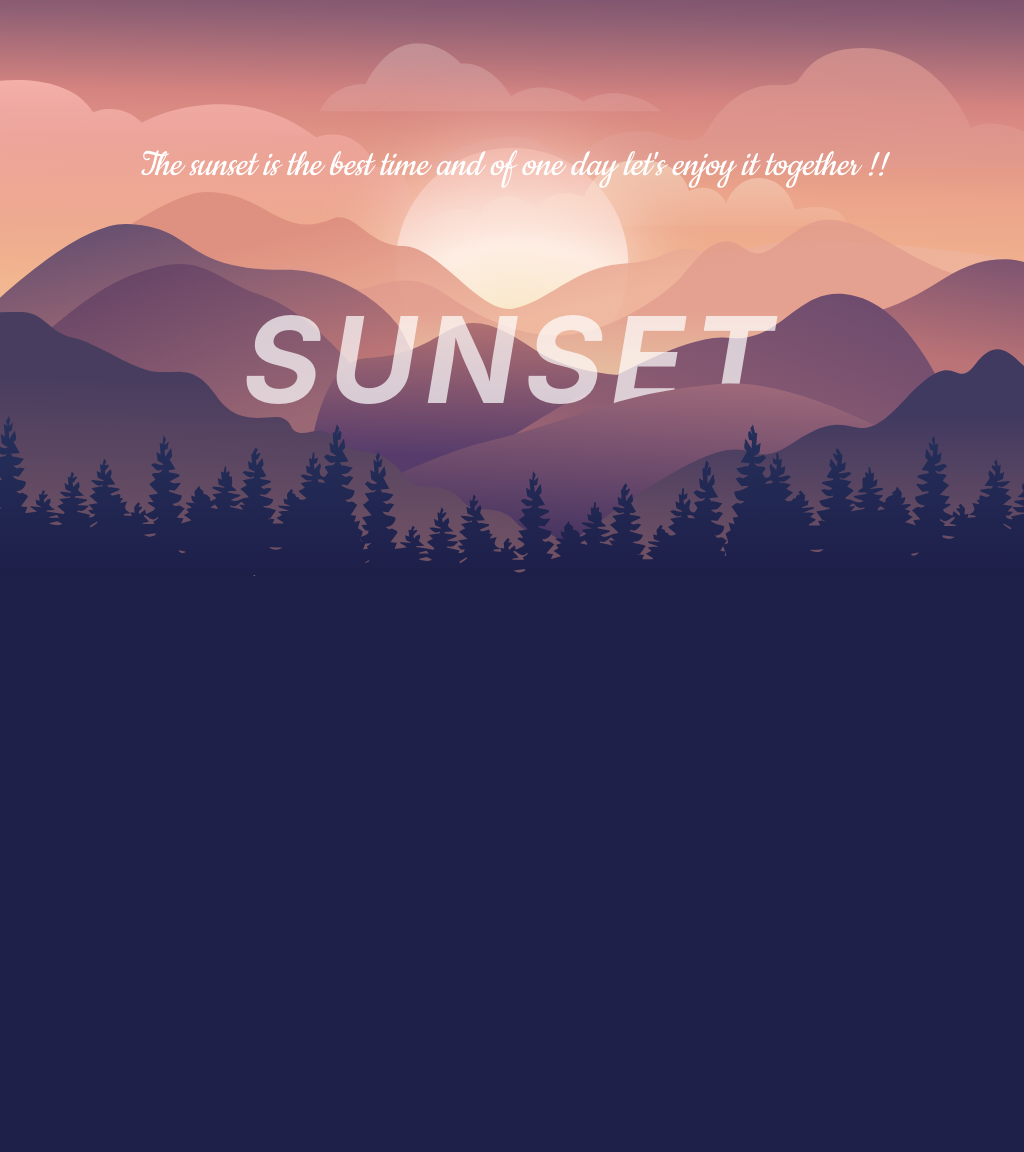
Repository: nambui98/parallax
Page: /
An editor plug-in stored every save of this project. The page is shown before and after the next save, followed by the edit.
The browser window is 1280 px wide. The pictures show the whole page, at 80% of full size.
The project was rebuilt for these pictures with package versions that can differ from the ones it lists, and the page was loaded fresh each time. Also part of the build but not shown: vite.config.ts.

Above is the page before, as saved 2022-03-24 13:55:39.

After the next save:
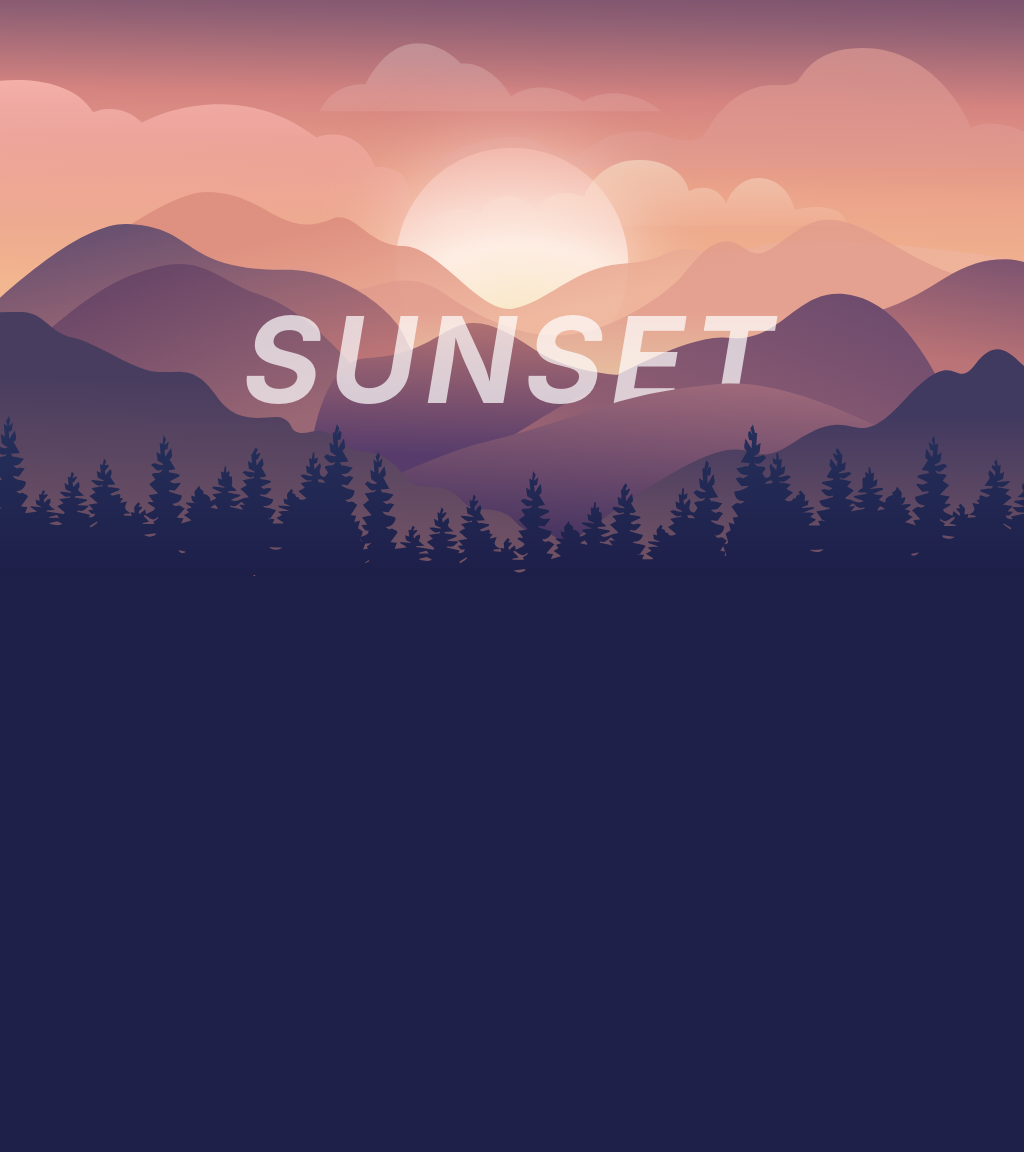
Saved 12 s later.
--- a/src/App.tsx
+++ b/src/App.tsx
@@ -28,9 +28,9 @@
   useEffect(() => {
     window.addEventListener("scroll", () => {
       let value = window.scrollY;
-      h3Ref.current.style =
-        // bg_1Ref.current.style.left = `calc(${value}px + 40rem)`;
-        h3Ref.current.style.transform = `translate(${value}px, 0) scale(${value})`
+      // h3Ref.current.style =
+      // bg_1Ref.current.style.left = `calc(${value}px + 40rem)`;
+      h3Ref.current.style.transform = `translate(${value}px, 0) scale(${value})`
       console.log();
 
     })

After the 4 saves that followed:
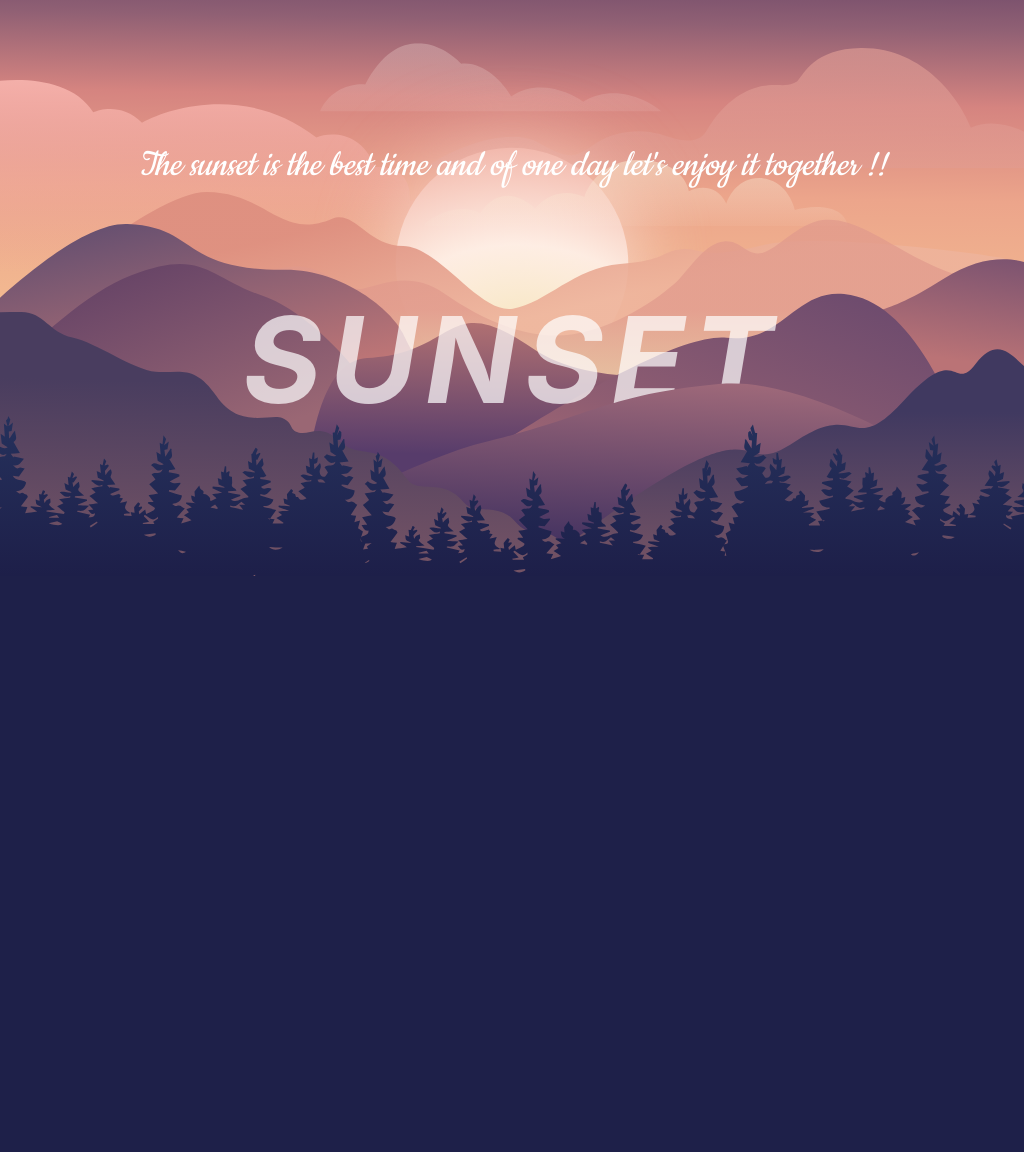
The 4 saves are shown as one change because 3 left the picture as it was.
The last was saved 96 s later.
--- a/src/App.tsx
+++ b/src/App.tsx
@@ -30,7 +30,7 @@
       let value = window.scrollY;
       // h3Ref.current.style =
       // bg_1Ref.current.style.left = `calc(${value}px + 40rem)`;
-      h3Ref.current.style.transform = `translate(${value}px, 0) scale(${value})`
+      h3Ref.current.style.transform = `translateZ(${value}px) scale(${1 + (value * 0.001)})`
       console.log();
 
     })
